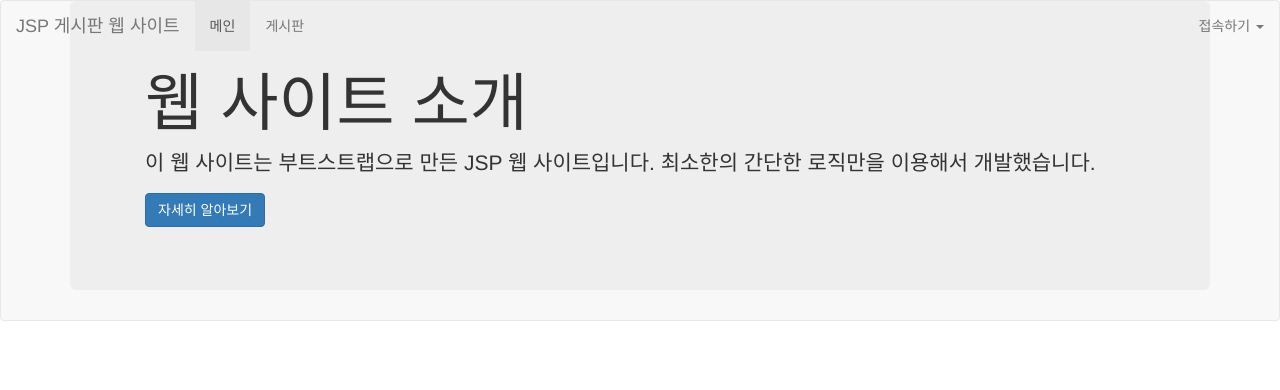
Repository: TheChok/BbsClone
Page: http://localhost/BBS/main.jsp
An editor plug-in stored every save of this project. The page is shown before and after a run of saves, followed by the edit.
The browser window is 1280 px wide. The pictures show the whole page.
Some web libraries are served in a nearby version. The page is served by Tomcat 9. Other server files are loaded and not shown.

Above is the page before, as saved 2023-09-21 18:36:09.

### BBS/src/main/webapp/main.jsp
<%@ page language="java" contentType="text/html; charset=UTF-8" pageEncoding="UTF-8" %>
<%@ page import="java.io.PrintWriter" %>
<!DOCTYPE html>
<html>
<head>
	<meta http-equiv="Content-Type" content="text/html; charset=UTF-8">
	<meta name="viewport" content="width=device-width", initial-scale="1">
	<link rel="stylesheet" href="css/bootstrap.css">
	<title>JSP 게시판 웹 사이트</title>
</head>
<body>
	<%
		String userID = null;
		if(session.getAttribute("userID") != null) {
			userID = (String) session.getAttribute("userID");
		}
	%>
	<!-- navbar -->
	<nav class="navbar navbar-default">
		<div class="navbar-header">
			<button type="button" class="navbar-toggle"
				data-toggle="collapse" data-target="#bs-example-navbar-collapse-1"
				aria-expanded="false">
				<span class="icon-bar"></span>
				<span class="icon-bar"></span>
				<span class="icon-bar"></span>
			</button>
			<a class="navbar-brand" href="main.jsp">JSP 게시판 웹 사이트</a>
		</div>

		<div class="collapse navbar-collapse" id="bs-example-navbar-collapse-1">
			<ul class="nav navbar-nav">
				<li class='active'><a href="main.jsp">메인</a></li>
				<li><a href="bbs.jsp">게시판</a></li>
			</ul>

			<%
				if(userID == null) {
			%>
				<ul class="nav navbar-nav navbar-right">
					<li class="dropdown">
						<a href="#" class="dropdown-toggle"
							data-toggle="dropdown" role="button" aria-haspopup="true"
							aria-expanded="false">
							접속하기
							<span class="caret"></span>
						</a>
						<ul class="dropdown-menu">
							<li><a href="login.jsp">로그인</a></li>
							<li><a href="join.jsp">회원가입</a></li>
						</ul>
					</li>
				</ul>
			<%
				} else {
			%>
				<ul class="nav navbar-nav navbar-right">
					<li class="dropdown">
						<a href="#" class="dropdown-toggle"
							data-toggle="dropdown" role="button" aria-haspopup="true"
							aria-expanded="false">
							회원관리
							<span class="caret"></span>
						</a>
						<ul class="dropdown-menu">
							<li><a href="logoutAction.jsp">로그아웃</a></li>
						</ul>
					</li>
				</ul>
			<%
				}
			%>

			<div class="container">
				<div class="jumbotron">
					<div class="container">
						<h1>웹 사이트 소개</h1>
						<p>이 웹 사이트는 부트스트랩으로 만든 JSP 웹 사이트입니다. 최소한의 간단한 로직만을 이용해서 개발했습니다.</p>
						<p><a class="btn btn-primary btn-pull" href="#" role="button">자세히 알아보기</a></p>
					</div>
				</div>
			</div>

		</div>
	</nav>
	<!-- End - navbar -->


	<script src="https://code.jquery.com/jquery-3.1.1.min.js"></script>
	<script src="js/bootstrap.js"></script>
</body>
</html>

Loaded but not shown: BBS/src/main/webapp/css/bootstrap.css (library); BBS/src/main/webapp/js/bootstrap.js (library)

After the next 2 saves:
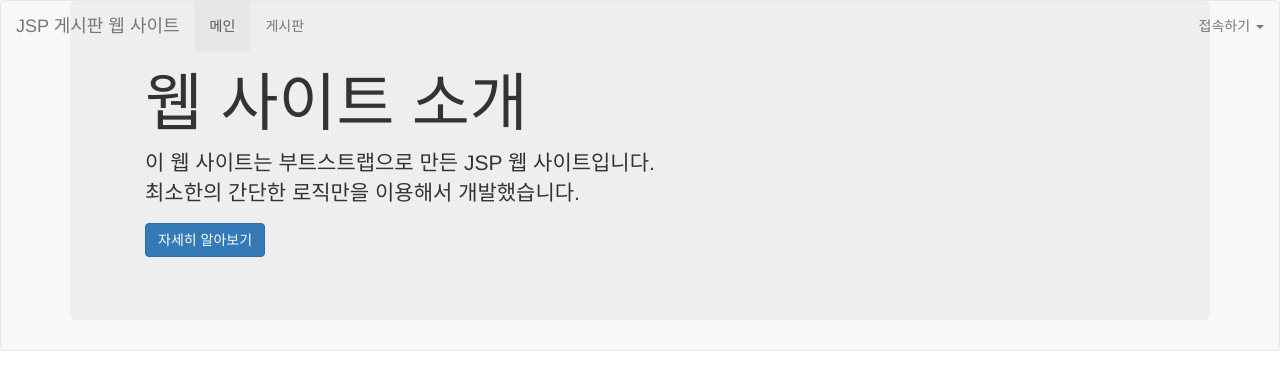
The 2 saves are shown as one change because they came seconds apart.
The last was saved 85 s later.
--- a/BBS/src/main/webapp/main.jsp
+++ b/BBS/src/main/webapp/main.jsp
@@ -75,7 +75,10 @@
 				<div class="jumbotron">
 					<div class="container">
 						<h1>웹 사이트 소개</h1>
-						<p>이 웹 사이트는 부트스트랩으로 만든 JSP 웹 사이트입니다. 최소한의 간단한 로직만을 이용해서 개발했습니다.</p>
+						<p>
+							이 웹 사이트는 부트스트랩으로 만든 JSP 웹 사이트입니다.<br/>
+							최소한의 간단한 로직만을 이용해서 개발했습니다.
+						</p>
 						<p><a class="btn btn-primary btn-pull" href="#" role="button">자세히 알아보기</a></p>
 					</div>
 				</div>
